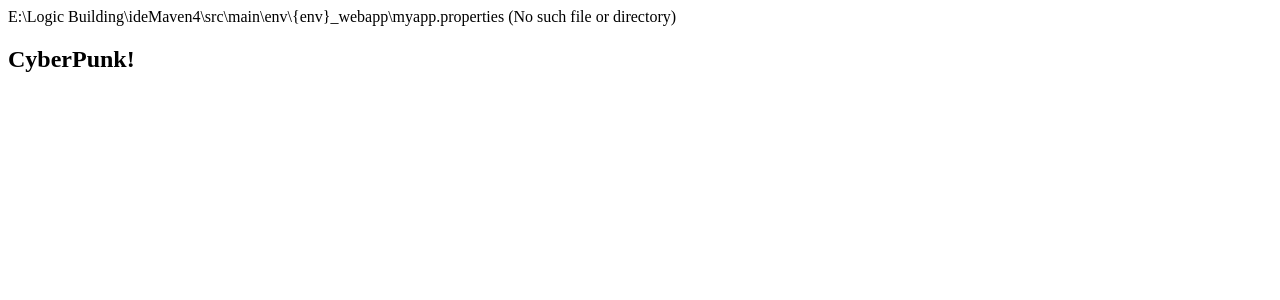
Repository: jaiswalshivam124/first-repo
Page: http://localhost/ideMaven4/
An editor plug-in stored every save of this project. The page is shown before and after the next save, followed by the edit.
The browser window is 1280 px wide. The pictures show the whole page.
The page is served by Tomcat 9.

Above is the page before, as saved 2020-08-23 06:35:00.

After the next save:
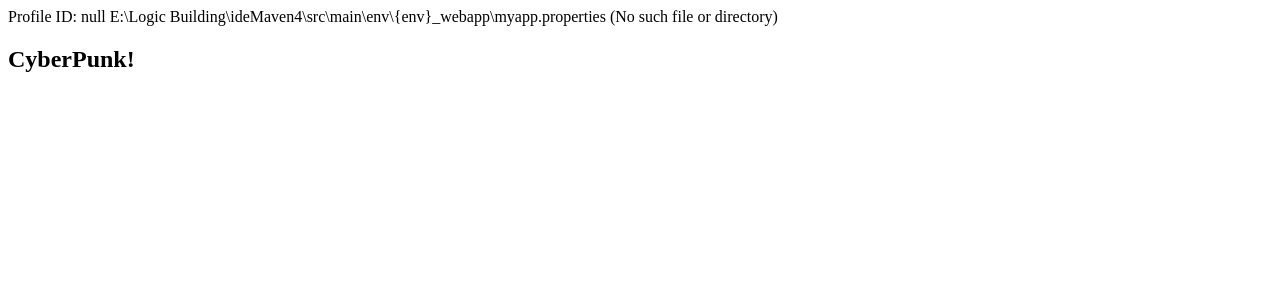
Saved 36 s later.
--- a/Logic Building/ideMaven4/src/main/webapp/index.jsp
+++ b/Logic Building/ideMaven4/src/main/webapp/index.jsp
@@ -6,7 +6,7 @@
 <%
 try
 {
-	  System.out.println("Profile ID:  " + System.getProperty("profileId"));
+	out.println("Profile ID:  " + System.getProperty("profileId"));
 	String path = "E:\\Logic Building\\ideMaven4\\src\\main\\env\\{env}_webapp\\myapp.properties";
 	System.out.println(System.getProperty("user.dir"));
     FileInputStream fis = new FileInputStream(path);
